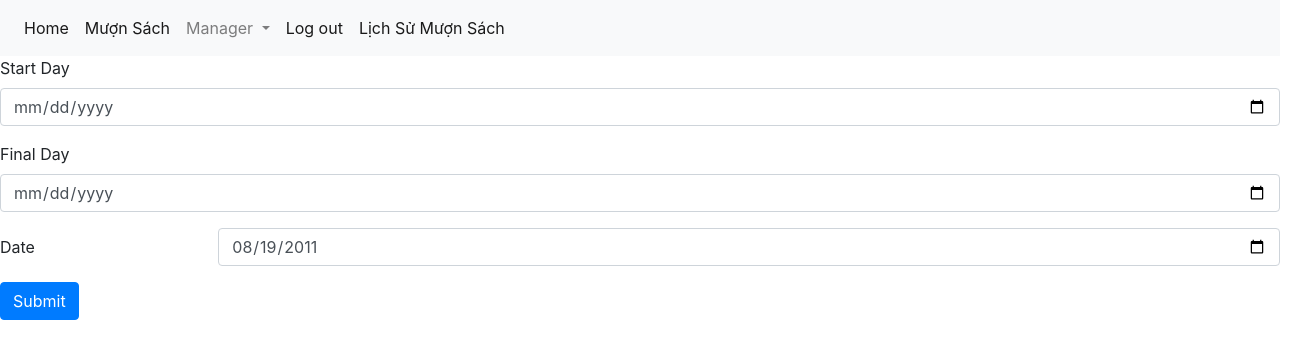
Repository: nguyenquocvuong010195/Jsp-Servlet
Page: http://localhost/JSP-Servlet-Buy/SearchDayServlet
An editor plug-in stored every save of this project. The page is shown before and after the next save, followed by the edit.
The browser window is 1280 px wide. The page is 1295 px wide, then 1280 px, so the pictures cover 1295 px, including what lies to the right of the window. The pictures show the whole page.
The page is served by Tomcat 9.

Above is the page before, as saved 2020-08-03 10:07:49.

After the next save:
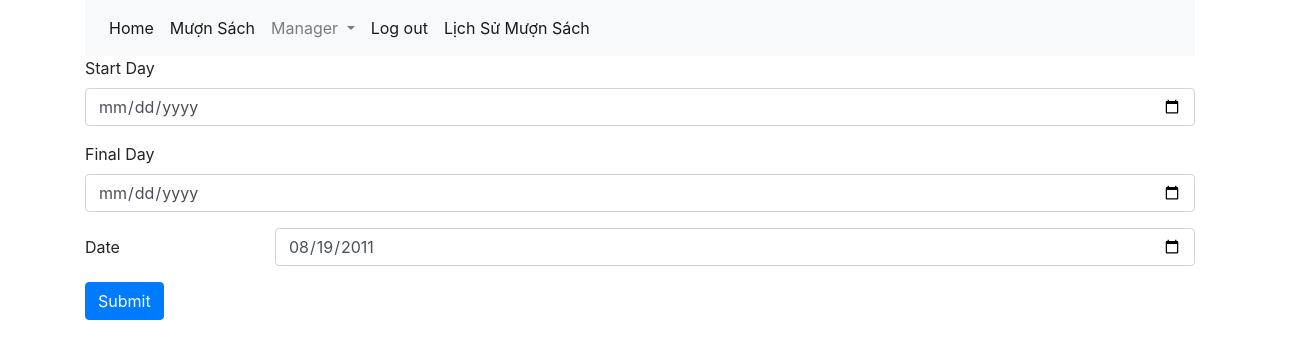
Saved 47 s later.
--- a/JSP-Servlet/JSP-Servlet-Buy/WebContent/searchDay.jsp
+++ b/JSP-Servlet/JSP-Servlet-Buy/WebContent/searchDay.jsp
@@ -21,7 +21,7 @@
 
 </head>
 <body>
-	<div>
+	<div class=container>
 		<%@ include file="header.jsp"%>
 		<form action="SearchDayServlet" method="POST">
 			<div class="form-group">
